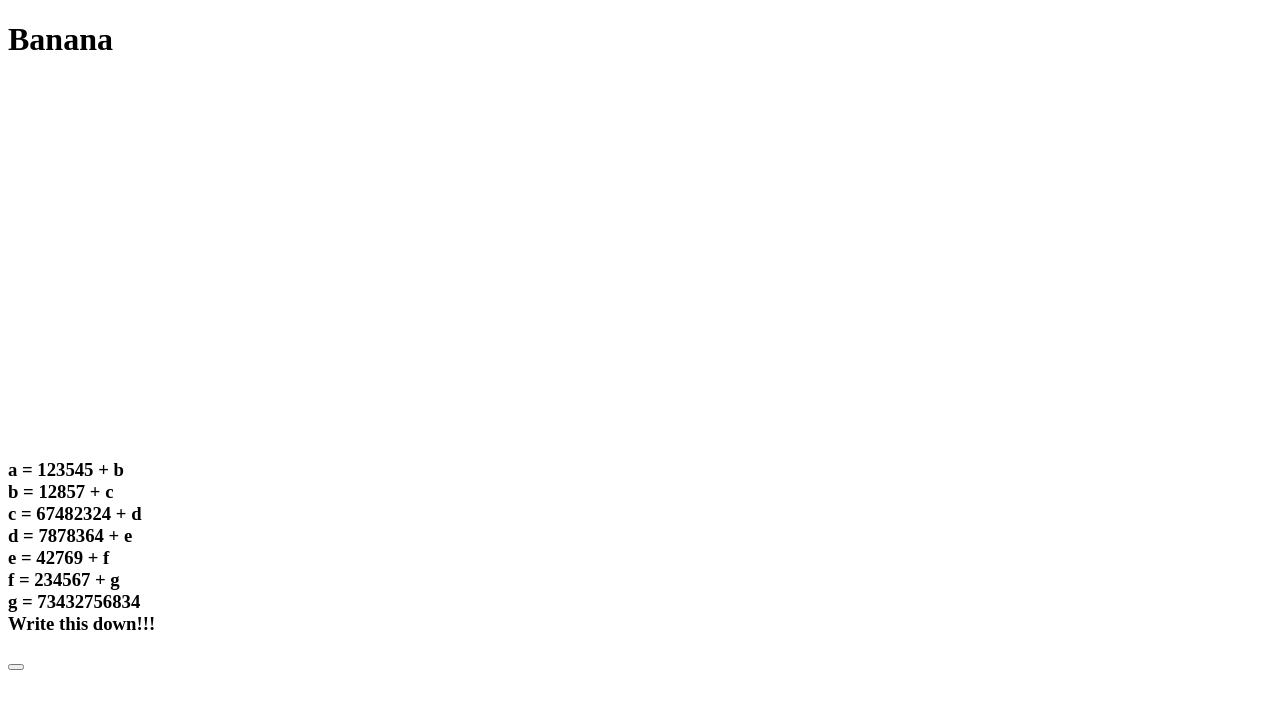
Repository: brightwhitesnow/brightwhitesnow.github.io
Page: Weba/lesson 1/index.html
These files come from the project's save history. The page is drawn as it stood at one moment and after a run of saves; the edit follows.
The browser window is 1280 px wide. The pictures show the whole page.

Above is the page before, as saved 2021-03-28 10:49:51.
Console error: SyntaxError: Unexpected token '{'

### Weba/lesson 1/index.html
<!DOCTYPE html>
<html lang="en">
<head>
    <meta charset="UTF-8">
    <meta http-equiv="X-UA-Compatible" content="IE=edge">
    <meta name="viewport" content="width=device-width, initial-scale=1.0">
    <title>Document</title>
</head>
<body>
    <h1>Banana</h1>
    <BR><BR><BR><BR><BR><BR><BR><BR><BR><BR><BR><BR><BR><BR><BR><BR><BR><BR><BR><BR>
        <h3>a = 123545 + b<BR>
            b = 12857 + c<BR>
            c = 67482324 + d<BR>
            d = 7878364 + e<BR>
            e = 42769 + f<BR>
            f = 234567 + g<BR>
            g = 73432756834<BR>Write this down!!!</h3>
                <button></button>
    <!--Script Tag-->
    <script src="./main.js"></script>
</body>
</html>

### Weba/lesson 1/main.js
//console.log("Banana is awesome!")






//let Banana = "Banana is awesome"
//var BN = "My Banana"
//const number = 24.123434
//const number2 = 2435435.456


//console.log(number + number2)







//let namsinhcuaben = 2012
//let tuoicuaduong = 2021 - 2009

//console.log("Duong " + (2021 - 2009) + " tuổi rồi")


//let mmm = 100 + 9000


//console.log("The answer is: " + 4 * 3)
//console.log("The answer is: " + 10 / 5)
//console.log("The answer is: " + mmm)




function myfunction {
let passwordinput = prompt("Guess the password with the answer below this promp:")
if (passwordinput == 73508531260
    ) {
    alert("Whoopee got it correct!")
}
    else {
        alert("Wrong Answer! Boohoo!")
    }
}

After the next 2 saves:
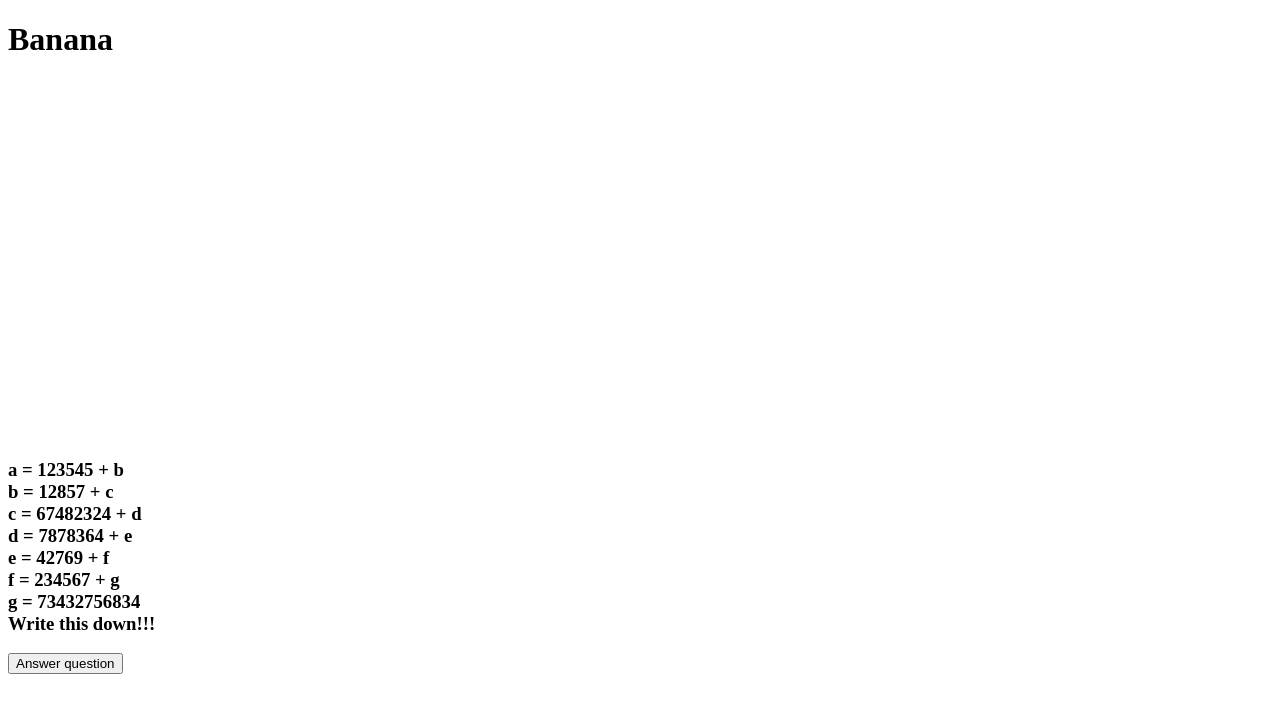
The 2 saves are shown as one change because they came seconds apart.
The last was saved 7 s later.
--- a/Weba/lesson 1/index.html
+++ b/Weba/lesson 1/index.html
@@ -16,7 +16,7 @@
             e = 42769 + f<BR>
             f = 234567 + g<BR>
             g = 73432756834<BR>Write this down!!!</h3>
-                <button></button>
+                <button>Answer question </button>
     <!--Script Tag-->
     <script src="./main.js"></script>
 </body>
